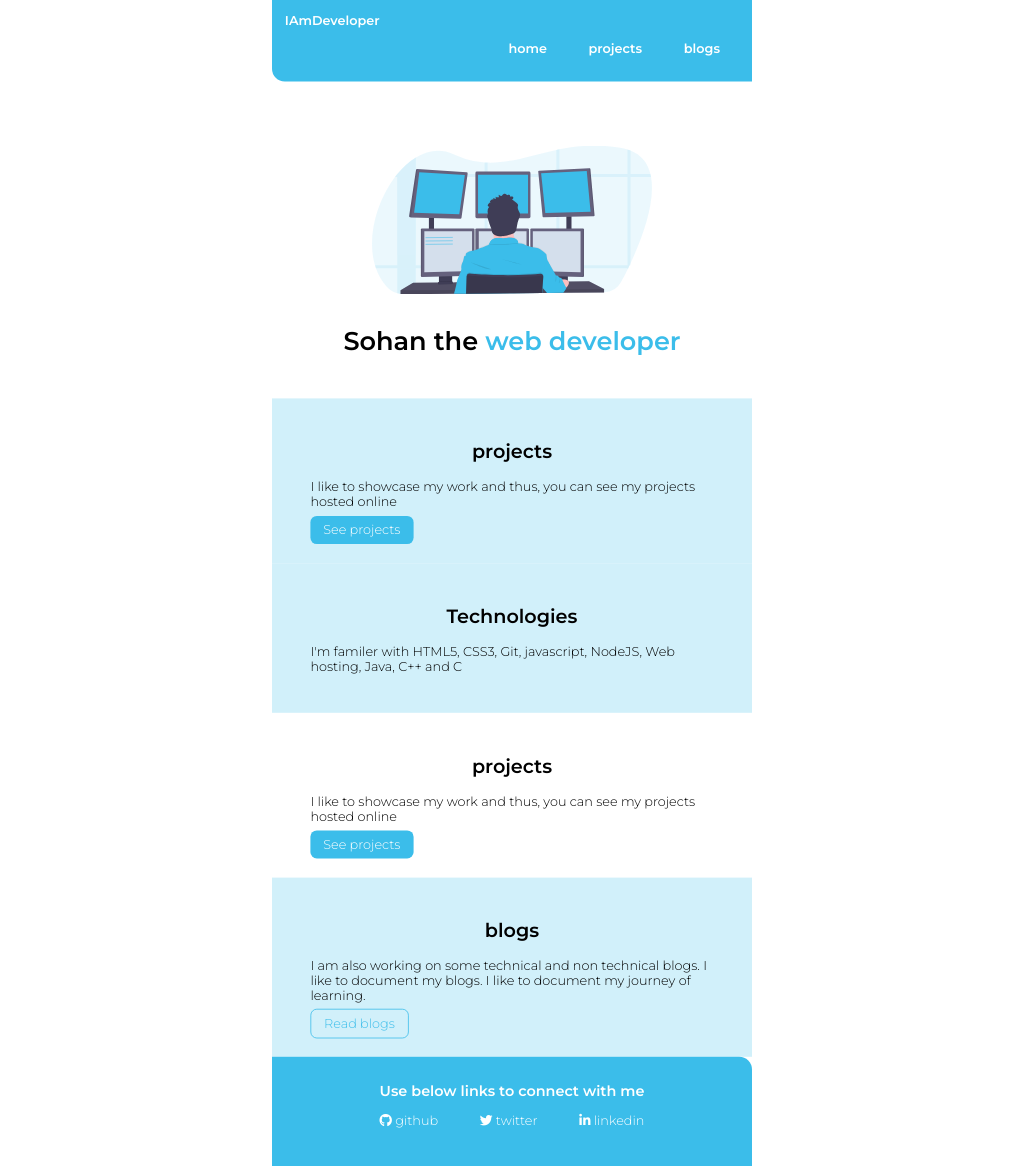
Repository: sohan2503001/Portfolio
Page: index.html
These files come from the project's save history. The page is drawn as it stood at one moment and after the next save; the edit follows.
The browser window is 1280 px wide. The pictures show the whole page, at 80% of full size.

Above is the page before, as saved 2021-04-06 20:18:30.

After the next save:
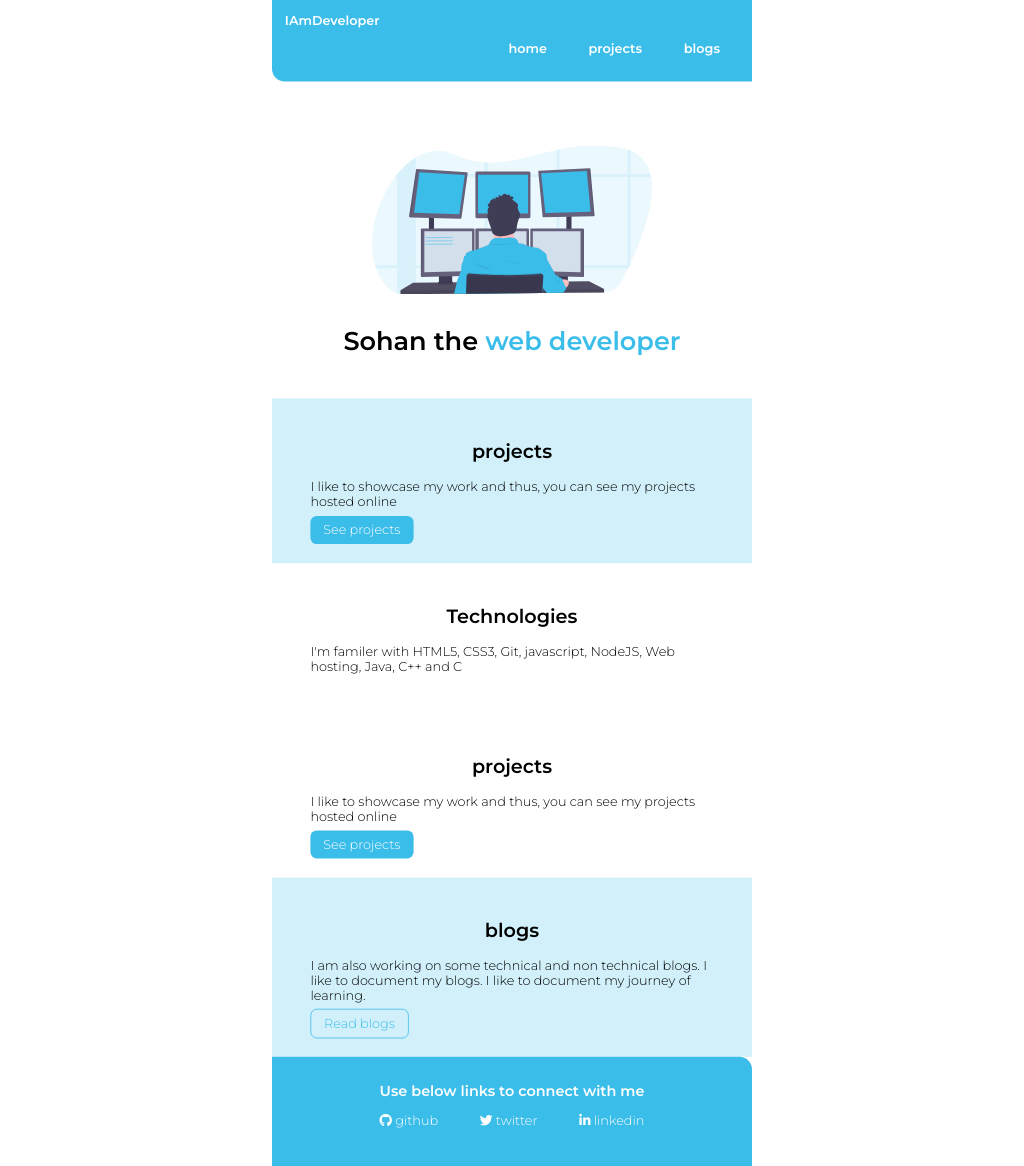
Saved 7 s later.
--- a/index.html
+++ b/index.html
@@ -46,7 +46,7 @@
     </div>
   </section>
 
-  <section class="section ow">
+  <section class="section">
     <div class="container container-center">
       <h1>Technologies</h1>
       <p>
